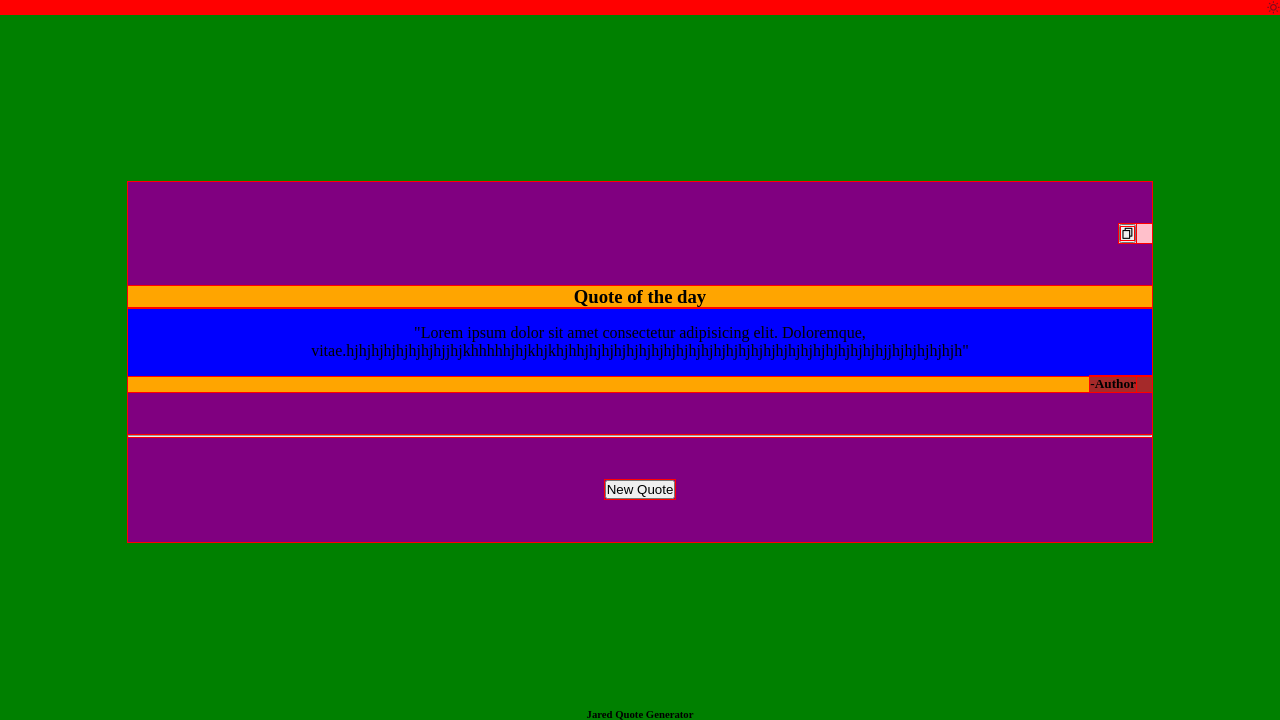
Repository: EguJaredoBoyd/Jared-Quote-Generator
Page: html/main.html
These files come from the project's save history. The page is drawn as it stood at one moment and after the next save; the edit follows.
The browser window is 1280 px wide. The pictures show the whole page.
Some web libraries are served in a nearby version.

Above is the page before, as saved 2026-01-09 01:31:29.

After the next save:
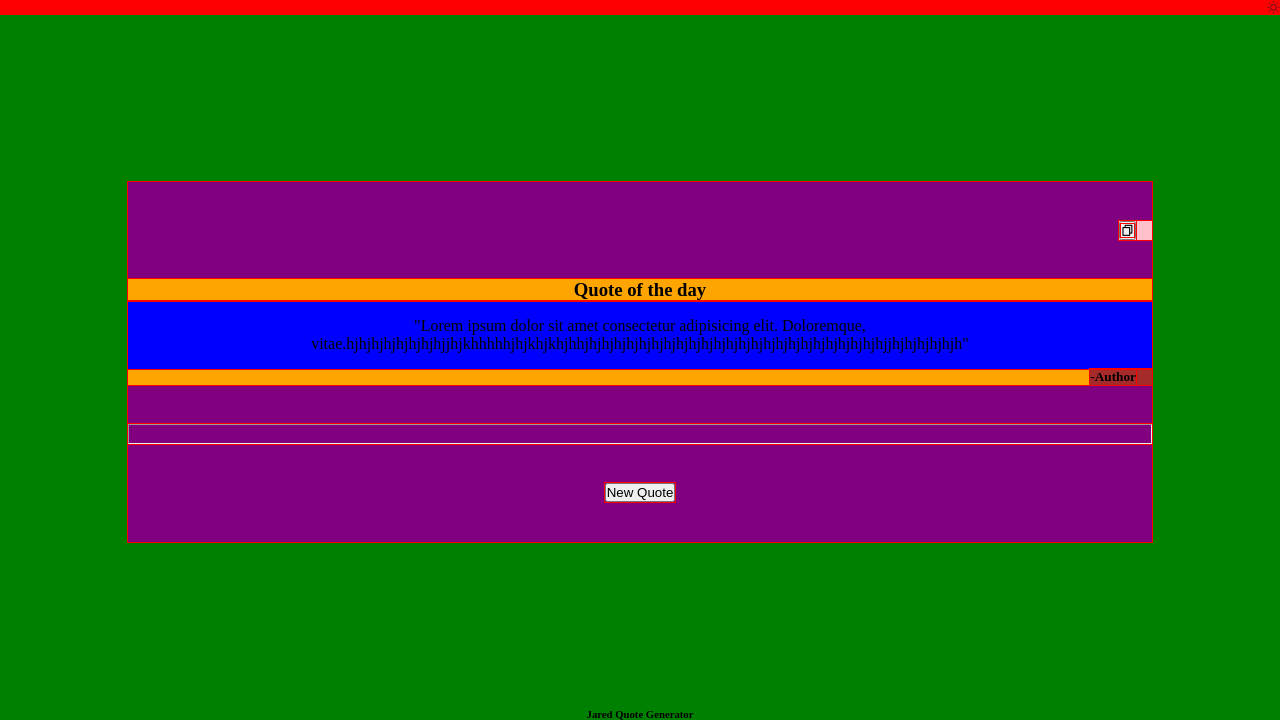
Saved 25 s later.
--- a/css/style.css
+++ b/css/style.css
@@ -85,7 +85,7 @@ header button {
 }
 
 .quote-container hr {
-  color: black;
+  height: 20px;
   width: 100%;
 }
 
